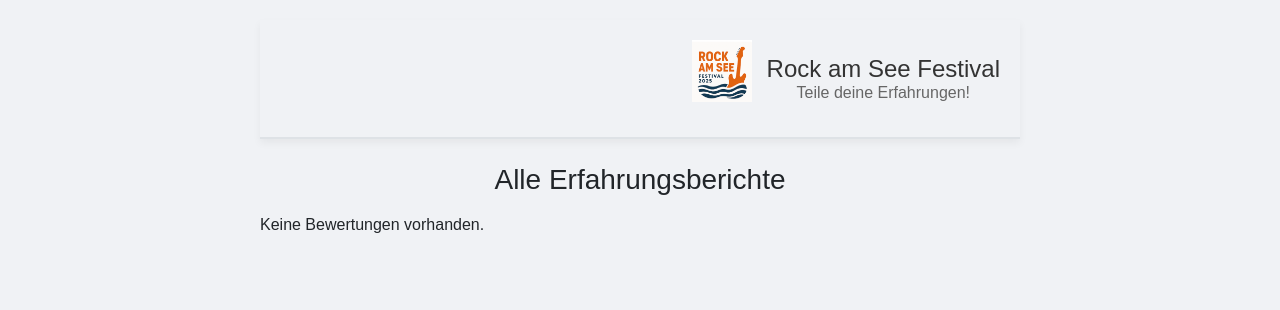
Repository: Hajimohammadi-KI/Web-Technologien
Page: / (app in Teilleistung_04/Teilleistung_04/RockAmSee-Reviews/rock-am-see/)
The author's editor kept a copy of each file at every save. The page is drawn from the files as they stood at one save, then again after the next save.
The browser window is 1280 px wide. The pictures show the whole page.
The project was rebuilt for these pictures with package versions that can differ from the ones it lists, and the page was loaded fresh each time. Also part of the build but not shown: Teilleistung_04/Teilleistung_04/RockAmSee-Reviews/rock-am-see/svelte.config.js, Teilleistung_04/Teilleistung_04/RockAmSee-Reviews/rock-am-see/vite.config.js, Teilleistung_04/Teilleistung_04/RockAmSee-Reviews/rock-am-see/src/Card.svelte, Teilleistung_04/Teilleistung_04/RockAmSee-Reviews/rock-am-see/src/Form.svelte, Teilleistung_04/Teilleistung_04/RockAmSee-Reviews/rock-am-see/src/ReviewDetail.svelte.

Above is the page before, as saved 2025-07-13 01:07:07.

After the next save:
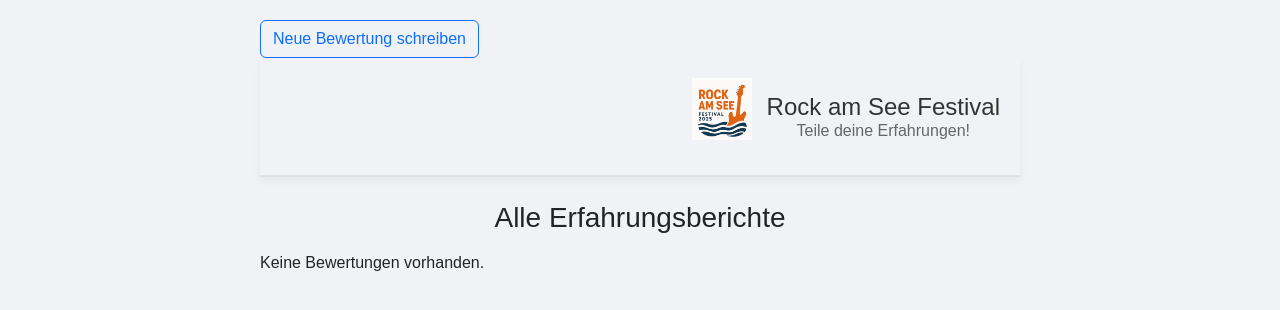
Saved 3 min 34 s later.
--- a/Teilleistung_04/Teilleistung_04/RockAmSee-Reviews/rock-am-see/src/Header.svelte
+++ b/Teilleistung_04/Teilleistung_04/RockAmSee-Reviews/rock-am-see/src/Header.svelte
@@ -1,4 +1,6 @@
 <!-- Header.svelte -->
+<a href="#/new" class="btn btn-outline-primary">Neue Bewertung schreiben</a>
+
 <script>
   export let logoUrl = "";
 </script>
